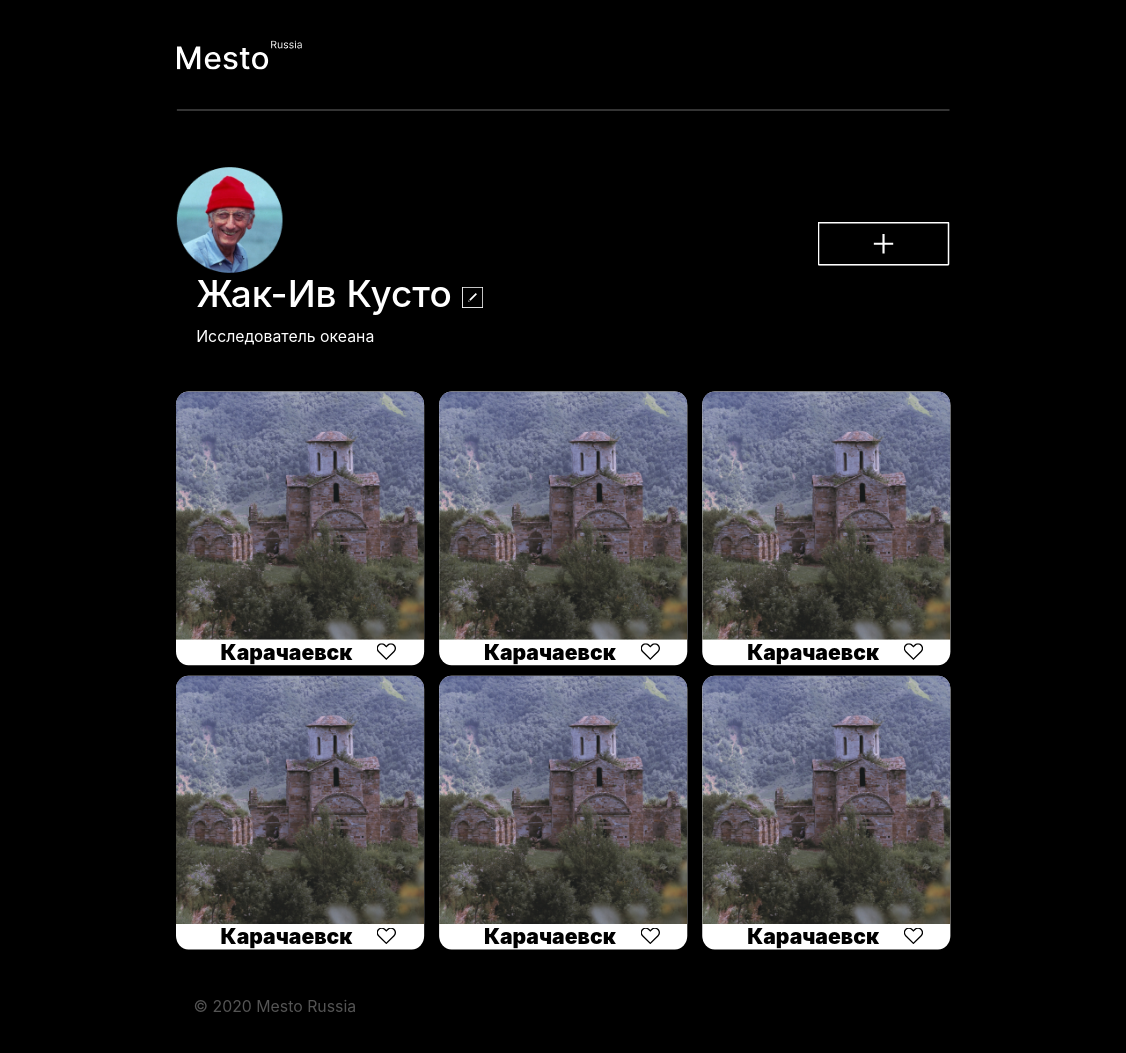
Repository: Ivan2399/mesto-project
Page: index.html
The author's editor kept a copy of each file at every save. The page is drawn from the files as they stood at one save, then again after the next save.
The browser window is 1280 px wide. The pictures show the whole page, at 88% of full size.

Above is the page before, as saved 2021-11-16 18:54:00.

After the next save:
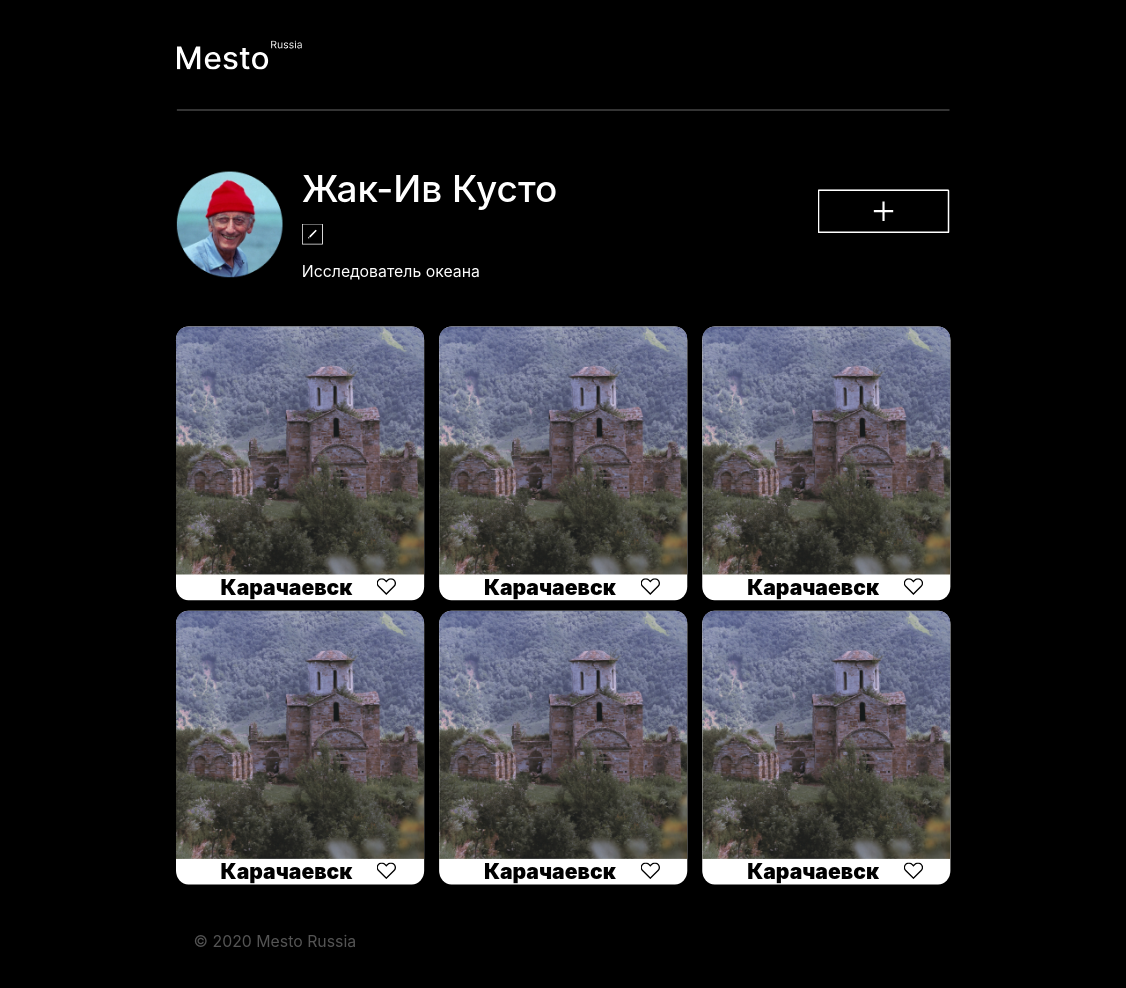
Saved 17 s later.
--- a/blocks/profile/__container/profile__container.css
+++ b/blocks/profile/__container/profile__container.css
@@ -2,5 +2,4 @@
   display: flex;
   align-items: center;
   flex-direction: row;
-  flex-wrap: wrap;
 }
